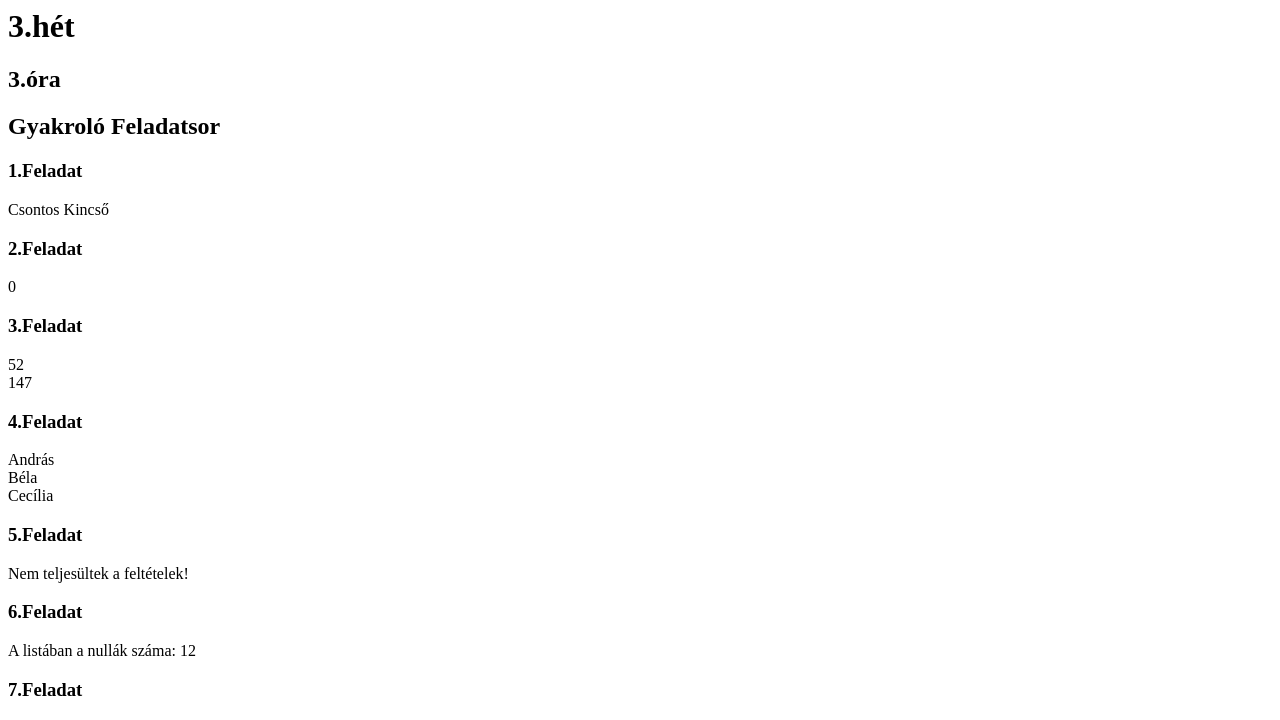
Repository: doomhyena/htdocs
Page: http://localhost/03.Week/feladat.php
The author's editor kept a copy of each file at every save. The page is drawn from the files as they stood at one save, then again after the next save.
The browser window is 1280 px wide. The pictures show the whole page.
The page is run by PHP 8.4 with error messages shown; the project is at /var/www/html/.

Above is the page before, as saved 2024-09-20 13:23:33.

After the next save:
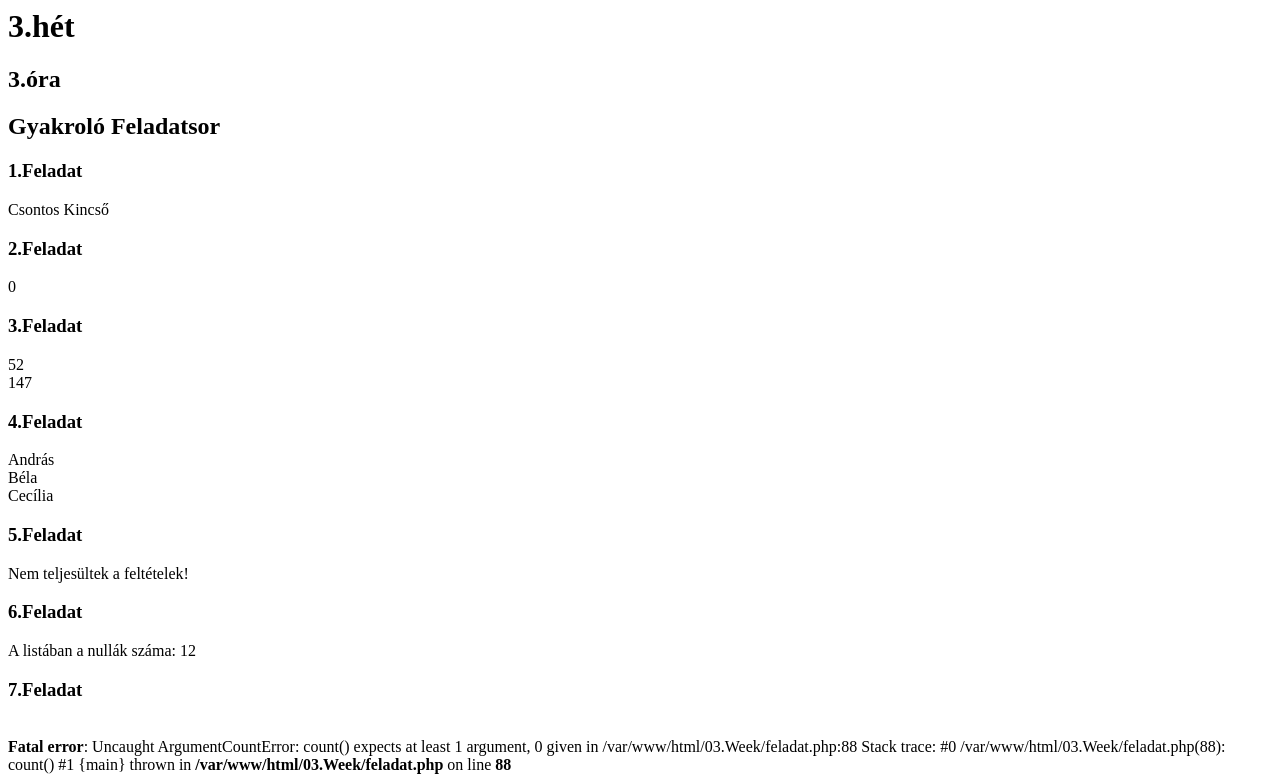
Saved 16 s later.
--- a/03.Week/feladat.php
+++ b/03.Week/feladat.php
@@ -85,6 +85,6 @@
 $legkisebb = 1001;
 $leglegnagyobb = -1;
 
-for ($i = 0; $i < 10; $i++) {
+for ($i = 0; $i < count(); $i++) {
     // kód
 }

After the save that followed:
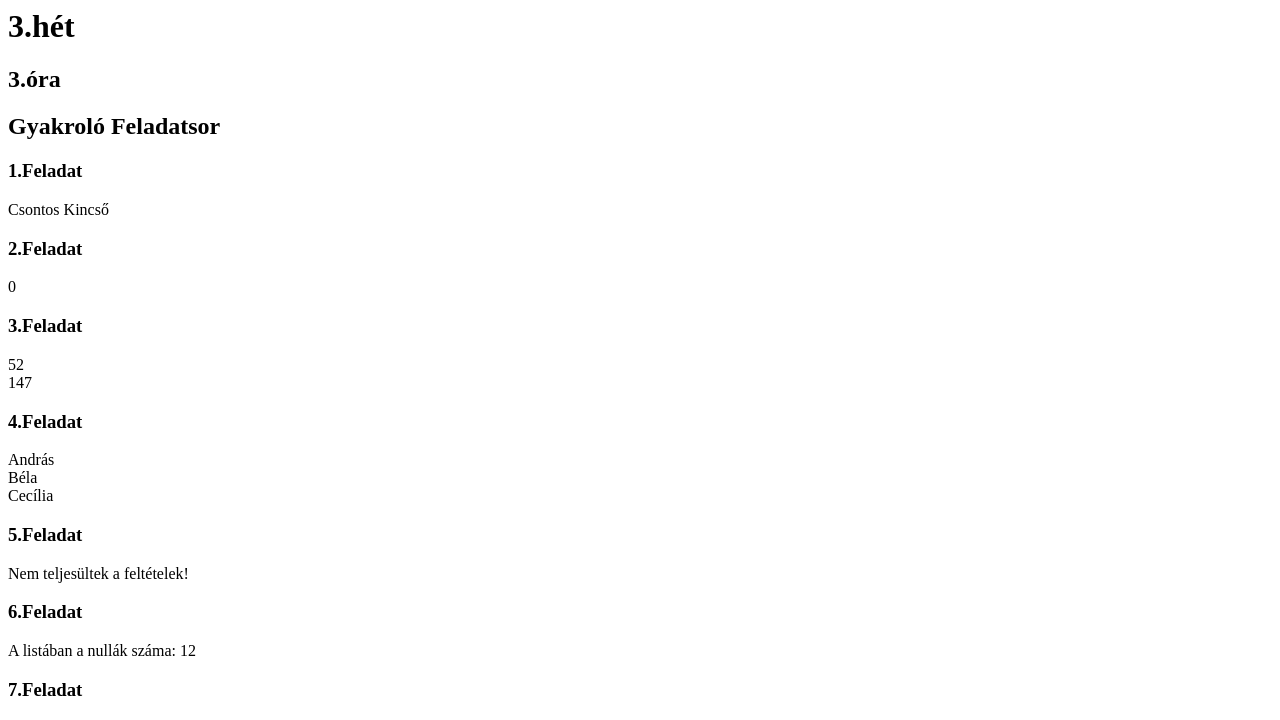
Saved 8 s later.
--- a/03.Week/feladat.php
+++ b/03.Week/feladat.php
@@ -85,6 +85,6 @@
 $legkisebb = 1001;
 $leglegnagyobb = -1;
 
-for ($i = 0; $i < count(); $i++) {
+for ($i = 0; $i < count($kecske); $i++) {
     // kód
 }
